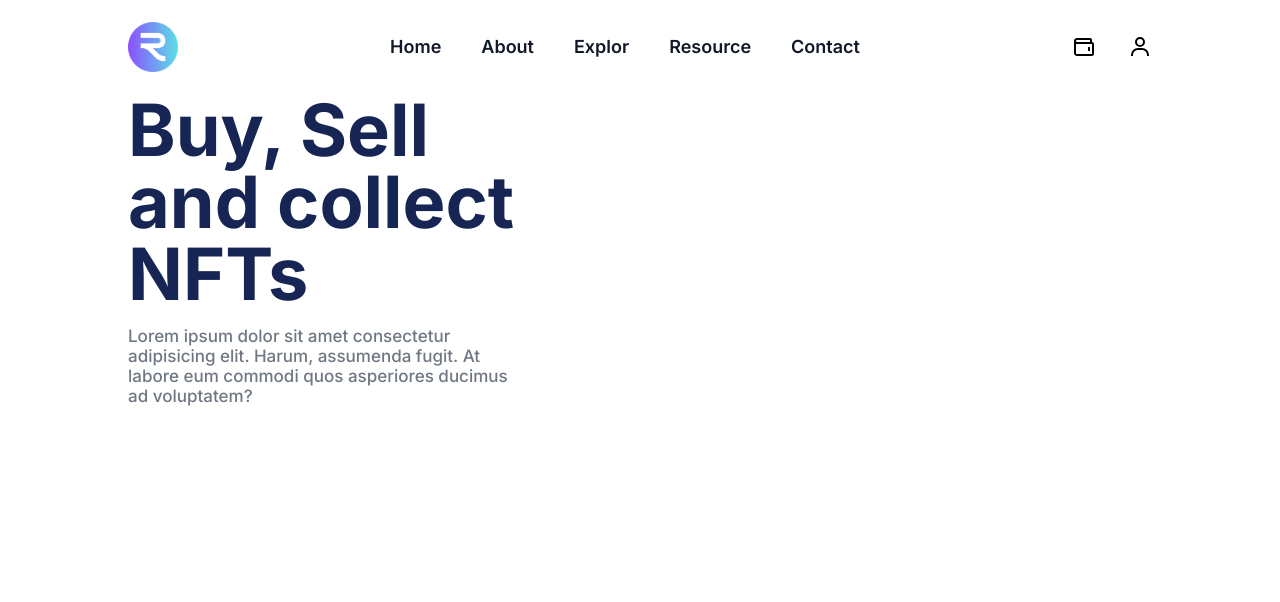
Repository: longblue2910/rimdasilva-ui
Page: /
An editor plug-in stored every save of this project. The page is shown before and after the next save, followed by the edit.
The browser window is 1280 px wide. The pictures show the whole page.
The project was rebuilt for these pictures with package versions that can differ from the ones it lists, and the page was loaded fresh each time. The framework's server and built-in components were replaced by stand-ins that run in the browser. Also part of the build but not shown: next.config.mjs.

Above is the page before, as saved 2024-08-09 17:04:36.

### app/layout.tsx
import type { Metadata } from "next";
import { Inter } from "next/font/google";
import "./globals.css";
import ReponsiveNav from "@/components/Home/Navbar/ReponsiveNav";

const inter = Inter({ subsets: ["vietnamese"] });

export const metadata: Metadata = {
  title: "Rimdasilva Dev Blog",
  description: "Rimdasilva Dev Blog",
};

export default function RootLayout({
  children,
}: Readonly<{
  children: React.ReactNode;
}>) {
  return (
    <html lang="en">
      <body className={inter.className}>
        <ReponsiveNav />
        {children}
      </body>
    </html>
  );
}

### app/page.tsx
import Home from "@/components/Home/Home";

const HomePage = () => {
  return (
    <div>
      <Home />
    </div>
  );
};

export default HomePage;

### components/Home/Navbar/ReponsiveNav.tsx
"use client";

import React, { useState } from "react";
import Nav from "./Nav";
import MobileNav from "./MobileNav";

const ReponsiveNav = () => {
  const [showNav, setShowNav] = useState(false);
  const showNavHandler = () => setShowNav(true);
  const closeNavHandler = () => setShowNav(false);

  return (
    <>
      <Nav openNav={showNavHandler} />
      <MobileNav nav={showNav} closeNav={closeNavHandler} />
    </>
  );
};

export default ReponsiveNav;

### components/Home/Home.tsx
import React from "react";
import Hero from "./Hero/Hero";

const Home = () => {
  return (
    <div>
      <Hero />
    </div>
  );
};

export default Home;

### components/Home/Navbar/Nav.tsx
import { navLinks } from "@/constant/Constant";
import Image from "next/image";
import Link from "next/link";
import React from "react";
import { BiUser, BiWallet } from "react-icons/bi";
import { FaBars } from "react-icons/fa";

type Props = {
  openNav: () => void;
};

const Nav = ({ openNav }: Props) => {
  return (
    <div className="w-full h-[13vh]">
      <div className="w-[95%] sm:w-[85%] md:w-[80%] h-full mx-auto flex items-center justify-between">
        {/* Logo */}
        <Image
          src="/images/logo.png"
          alt="Logo"
          width={50}
          objectFit="cover"
          height={50}
        />

        {/* Nav Links */}
        <div className="lg:flex hidden items-center space-x-10">
          {navLinks.map((link) => {
            return (
              <Link href={link.url} key={link.id}>
                <p className="text-lg font-semibold cursor-pointer hover:text-blue-800 transition-all duration-200 text-gray-900">
                  {link.label}
                </p>
              </Link>
            );
          })}
        </div>

        {/* Icons */}
        <div className="flex items-center space-x-8">
          <BiWallet className="w-6 h-6 cursor-pointer hover:text-red-600 " />
          <BiUser className="w-6 h-6 cursor-pointer hover:text-red-600 " />
          <FaBars
            onClick={openNav}
            className="lg:hidden w-6 h-6 cursor-pointer hover:text-red-600 "
          />
        </div>
      </div>
    </div>
  );
};

export default Nav;

### components/Home/Navbar/MobileNav.tsx
import { navLinks } from "@/constant/Constant";
import Image from "next/image";
import Link from "next/link";
import React from "react";
import { BiX } from "react-icons/bi";

type Props = {
  nav: boolean;
  closeNav: () => void;
};

const MobileNav = ({ closeNav, nav }: Props) => {
  const reponsiveNav = nav ? "translate-x-0" : "translate-x-[-100%]";

  return (
    <div
      className={`transform ${reponsiveNav} transition-all duration-500 fixed top-0 left-0 z-[200] h-[100vh] right-0 bottom-0 bg-[#f3ff6b]`}
    >
      {/* Logo */}
      <div>
        <BiX
          onClick={closeNav}
          className="w-8 h-8 absolute top-[2rem] text-black z-[202] right-[2rem]"
        />
      </div>
      {/* Nav Links */}
      <div className="relative z-[201] space-y-12 flex flex-col items-center justify-center h-[60%]">
        {navLinks.map((link) => {
          return (
            <Link href={link.url} key={link.id}>
              <p className="text-2xl font-semibold cursor-pointer hover:text-blue-800 transition-all duration-200 text-gray-900">
                {link.label}
              </p>
            </Link>
          );
        })}
      </div>
    </div>
  );
};

export default MobileNav;

### components/Home/Hero/Hero.tsx
import React from "react";

const Hero = () => {
  return (
    <div className="h-[cal(100vh-13vh)] w-full flex justify-center flex-col">
      <div className="w-4/5 mx-auto items-center grid grid-cols-1 lg:grid-cols-5 gap-8">
        {/* Text content */}
        <div className="col-span-2">
          <h1 className="text-2xl sm:text-4xl lg:text-5xl xl:text-7xl text-blue-950 font-bold">
            Buy, Sell and collect NFTs
          </h1>
          <p className="text-sm md:text-[17px] text-gray-600 text-opacity-80 mt-4 font-medium">
            Lorem ipsum dolor sit amet consectetur adipisicing elit. Harum,
            assumenda fugit. At labore eum commodi quos asperiores ducimus ad
            voluptatem?
          </p>
        </div>
        {/* Image */}
      </div>
    </div>
  );
};

export default Hero;

### constant/Constant.ts
export const navLinks = [
  {
    id: 1,
    url: "#",
    label: "Home",
  },
  {
    id: 2,
    url: "#",
    label: "About",
  },
  {
    id: 3,
    url: "#",
    label: "Explor",
  },
  {
    id: 4,
    url: "#",
    label: "Resource",
  },
  {
    id: 5,
    url: "#",
    label: "Contact",
  },
];

Loaded but not shown: app/globals.css (common file); tailwind.config.ts (common file)

After the next save:
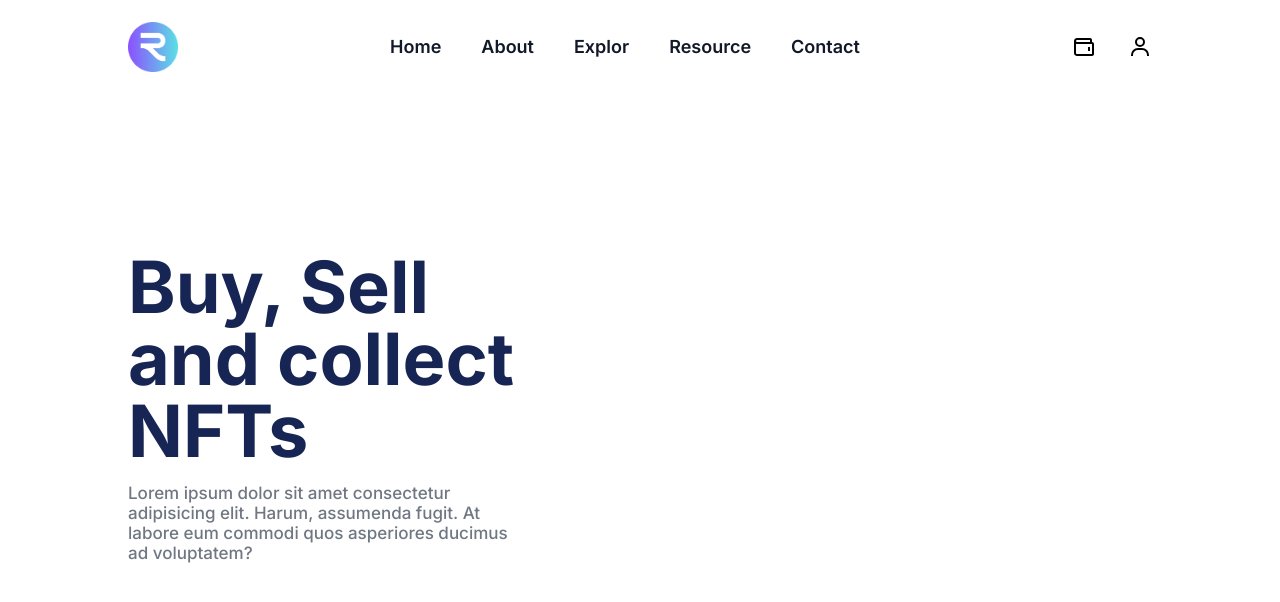
Saved 41 s later.
--- a/components/Home/Hero/Hero.tsx
+++ b/components/Home/Hero/Hero.tsx
@@ -2,7 +2,7 @@ import React from "react";
 
 const Hero = () => {
   return (
-    <div className="h-[cal(100vh-13vh)] w-full flex justify-center flex-col">
+    <div className="h-[calc(100vh-13vh)] w-full flex justify-center flex-col">
       <div className="w-4/5 mx-auto items-center grid grid-cols-1 lg:grid-cols-5 gap-8">
         {/* Text content */}
         <div className="col-span-2">
